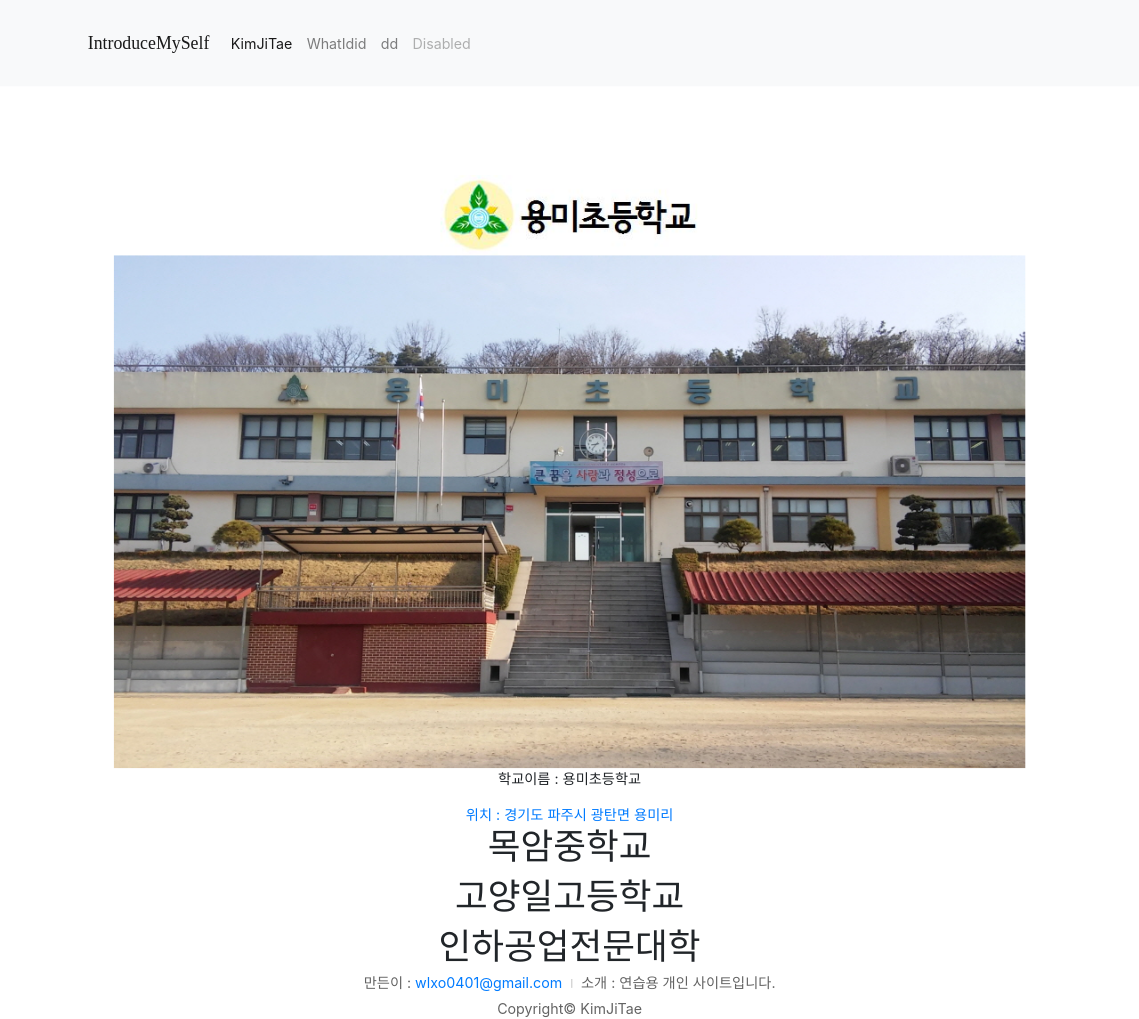
Repository: wlxo0401/IntroduveMySelf
Page: IntroduceMySelf/WebContent/KimJiTae.html
These files come from the project's save history. The page is drawn as it stood at one moment and after the next save; the edit follows.
The browser window is 1280 px wide. The pictures show the whole page, at 89% of full size.

Above is the page before, as saved 2020-03-11 06:50:25.

After the next save:
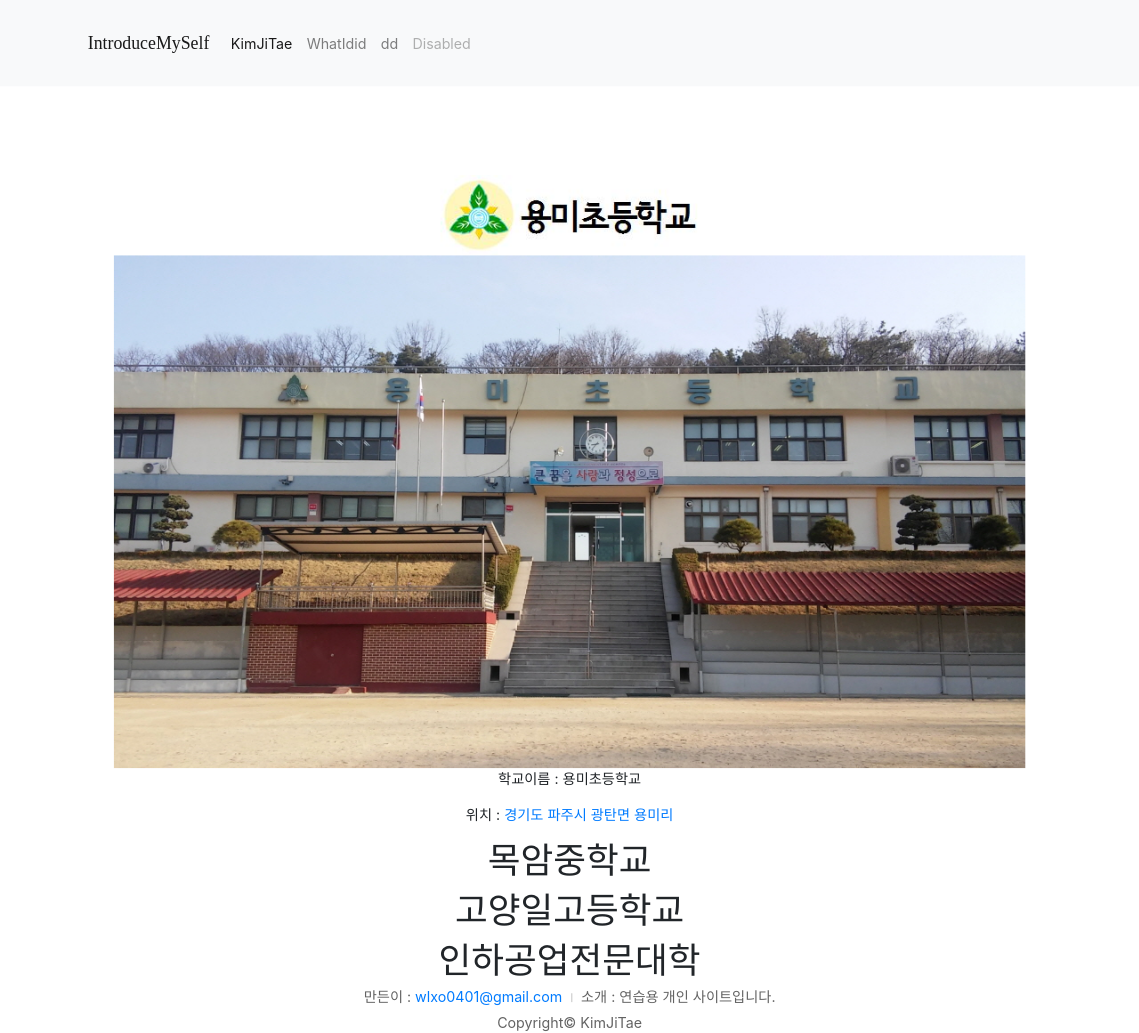
Saved 33 s later.
--- a/IntroduceMySelf/WebContent/KimJiTae.html
+++ b/IntroduceMySelf/WebContent/KimJiTae.html
@@ -46,7 +46,7 @@
 			<img src="img/eslogo.jpg" alt="My Image">
 			<img src="img/espic.jpg" alt="My Image">
 			<p>학교이름 : 용미초등학교</p>
-			<a href='http://naver.me/F72uX0N2'>위치 : 경기도 파주시 광탄면 용미리</a>
+			<p>위치 : <a href='http://naver.me/F72uX0N2'>경기도 파주시 광탄면 용미리</a> </p>
 		</div>
 
 
